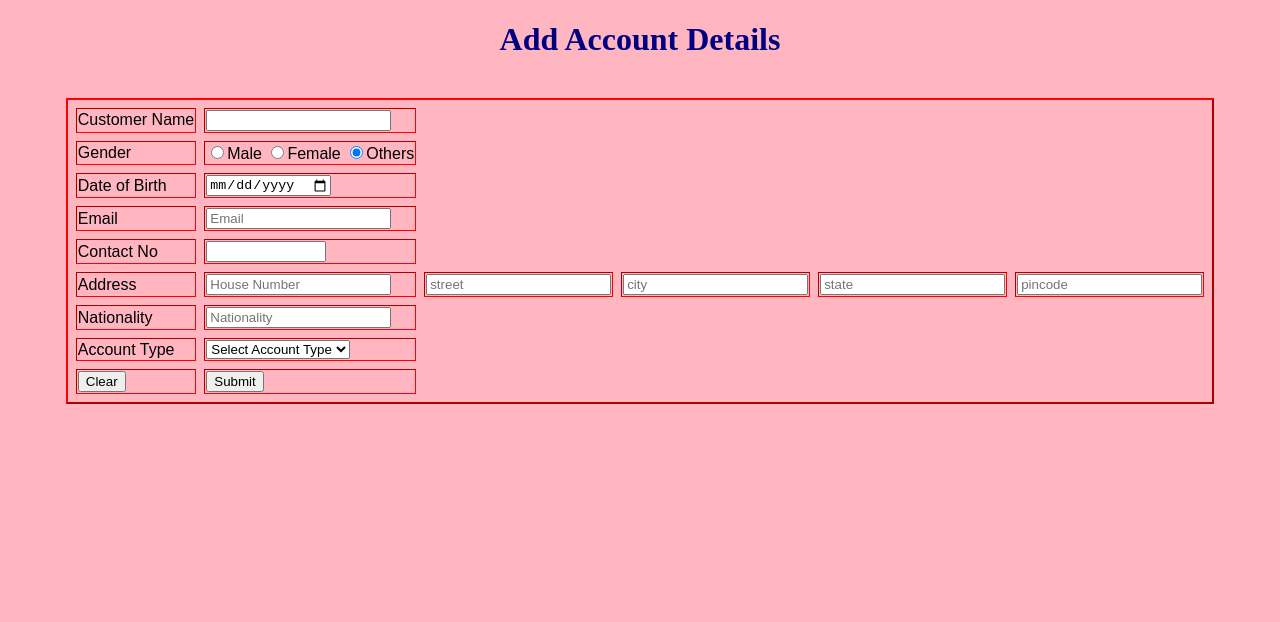
Repository: Rccalfa123/OnlineBankingApp
Page: http://localhost/AlfaAlfaBankApp/addNewAccount.jsp
An editor plug-in stored every save of this project. The page is shown before and after the next save, followed by the edit.
The browser window is 1280 px wide. The pictures show the whole page.
The page is served by Tomcat 9. Other server files are loaded and not shown.

Above is the page before, as saved 2018-08-10 15:44:36.

### AlfaAlfaBankApp/WebContent/addNewAccount.jsp
<%@ page language="java" contentType="text/html; charset=ISO-8859-1"
	pageEncoding="ISO-8859-1"%>
<%@taglib prefix="alfa" uri="http://java.sun.com/jsp/jstl/core"%>
<!DOCTYPE html>
<html>
<head>

<link rel="stylesheet" type="text/css" href="mystyle.css">

<style type="text/css">
.toBeHidden {
	display: none;
}
</style>

<script type="text/javascript">

  function checkAccountType(accountTypeShow) {
	if(accountTypeShow.value =="savingAccount"){
		document.getElementById("salaried").style.display="block";
		document.getElementById("overDraft").style.display="none";
		document.getElementById("curBalance").style.display="none";
		document.getElementById("savNotSalBalance").style.display="none";
		document.getElementById("savSalBalance").style.display="none";

	}
		else if(accountTypeShow.value =="currentAccount"){
			document.getElementById("overDraft").style.display="block";
			document.getElementById("curBalance").style.display="block";
			document.getElementById("salaried").style.display="none";
			document.getElementById("savNotSalBalance").style.display="none";
			document.getElementById("savSalBalance").style.display="none";
		}
}
  function checkSalariedType(SalaryTypeShow) {
		if(SalaryTypeShow.value =="salaried"){
			document.getElementById("savSalBalance").style.display="block";
			document.getElementById("savNotSalBalance").style.display="none";

		}
  			else if(SalaryTypeShow.value =="notSalaried"){
				document.getElementById("savNotSalBalance").style.display="block";
				document.getElementById("savSalBalance").style.display="none";
			}
	}


  function resetAll()
  {
	    document.getElementById("salaried").style.display="none";
		document.getElementById("overDraft").style.display="none";
		document.getElementById("curBalance").style.display="none";
		document.getElementById("savNotSalBalance").style.display="none";
		document.getElementById("savSalBalance").style.display="none";

  }

  function checkDate(obj){
		 var ageDif = Date.now()-(new Date(obj.value)).getTime();
		 var ageDate = new Date(ageDif);
		 if(Math.abs(ageDate.getUTCFullYear()-1970) < 18 )
			 {
			   alert("Minimum age Should be 18 .");
			   obj.value = 0;
			 }

		 }


</script>

<meta charset="ISO-8859-1">
<title>Insert title here</title>
</head>
<body>
	<form action="addNewAccount.app" method="get">
		<h1 align="center">Add Account Details</h1>
		<br>

		<table align="center" cellspacing="8" border="2">
			<tr>
				<td>Customer Name</td>
				<td><input type="text" name="customerName"></td>
			</tr>

			<tr>
				<td>Gender</td>
				<td><input type="radio" name="gender" value="male"
					checked="checked">Male <input type="radio" name="gender"
					value="female" checked="checked">Female <input type="radio"
					name="gender" value="others" checked="checked">Others</td>
			</tr>
			<tr>
				<td>Date of Birth</td>
				<td><input type="date" name="dob" onchange="checkDate(this);"></td>
			</tr>
			<tr>
				<td>Email</td>
				<td><input type="email" name="email" placeholder="Email"></td>
			</tr>
			<tr>
				<td>Contact No</td>
				<td><input type="number" name="contact_no"  min="6000000000"  max="9999999999"></td>
			</tr>

			<tr>
				<td>Address</td>
				<td><input type="text" name="houseNo" placeholder="House Number"></td>
				<td><input type="text" name="street" placeholder="street"></td>
				<td><input type="text" name="city" placeholder="city"></td>
				<td><input type="text" name="state" placeholder="state"></td>
				<td><input type="number" name="pincode" placeholder="pincode"></td>
			</tr>

			<tr>
				<td>Nationality</td>
				<td><input type="text" name="nationality" placeholder="Nationality"></td>
			</tr>

			<tr>
				<td>Account Type</td>
				<td><select name="accountType" onchange="checkAccountType(this);">
						<option id="" value="">Select Account Type</option>
						<option id="savingAccount" value="savingAccount">Saving Account</option>
						<option id="currentAccount" value="currentAccount">Current Account</option>
				</select></td>
			</tr>

			<tr id="salaried" class="toBeHidden">
				<td>isSalaried</td>
				<td><input type="radio" name="salaried" value="salaried"   checked="checked" onchange="checkSalariedType(this);">Salaried
					<input type="radio" name="salaried" value="notSalaried" checked="checked" onchange="checkSalariedType(this);">Notsalaried
				</td>
			</tr>

			<tr id="savSalBalance" class="toBeHidden">
				<td>savSEnter Balance</td>
				<td><input type="number" name="savSbalance" min="0"></td>
			</tr>

			<tr id="savNotSalBalance" class="toBeHidden">
				<td>savNEnter Balance</td>
				<td><input type="number" name="savNbalance" min="5000"></td>
			<tr id="overDraft" class="toBeHidden">
				<td>Over Draft Limit</td>
				<td><input type="number" name="overDraft"></td>
			</tr>

			<tr id="curBalance" class="toBeHidden">
				<td>curEnter Balance</td>
				<td><input type="number" name="curbalance" min="10000"></td>
			</tr>

			<tr>
				<td><input type="reset" value="Clear" onclick="resetAll();"></td>
				<td><input type="submit" value="Submit"></td>
			</tr>
		</table>
	</form>


</body>
</html>

### AlfaAlfaBankApp/WebContent/mystyle.css
@charset "ISO-8859-1";

body {
    background-color: lightpink;
}

h1 {
    color: navy;
}

td{

 font-family: sans-serif;

}

table {
	border-color: red;
	border-right: 2px 2px 2px 2px ;
}

a{
	text-decoration: none;
	color: green;
}

After the next save:
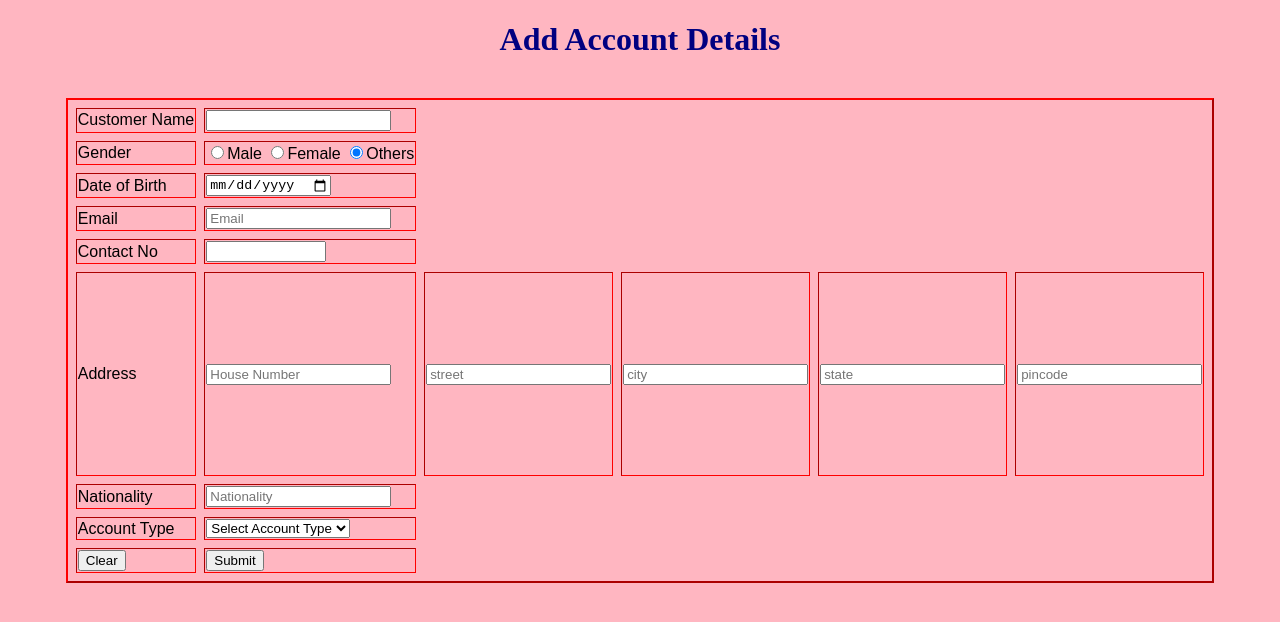
Saved 23 s later.
--- a/AlfaAlfaBankApp/WebContent/addNewAccount.jsp
+++ b/AlfaAlfaBankApp/WebContent/addNewAccount.jsp
@@ -104,7 +104,7 @@
 			</tr>
 
 			<tr>
-				<td>Address</td>
+				<td height="200">Address</td>
 				<td><input type="text" name="houseNo" placeholder="House Number"></td>
 				<td><input type="text" name="street" placeholder="street"></td>
 				<td><input type="text" name="city" placeholder="city"></td>
